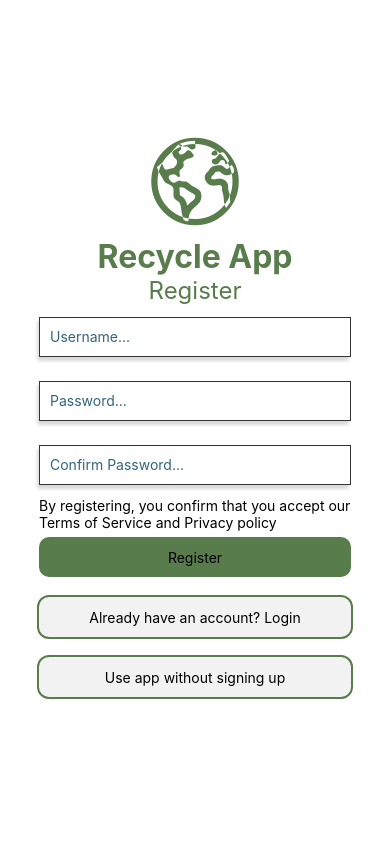
Repository: ct-pham/COMP4511
Screen: / (app in comp4511/)
These files come from the project's save history. The screen is drawn as it stood at one moment and after the next save; the edit follows.
The app was drawn by React Native's web renderer in a window 390 px wide. The project was rebuilt for these pictures with package versions that can differ from the ones it lists, and the page was loaded fresh each time.

Above is the screen before, as saved 2022-11-07 17:03:20.

After the next save:
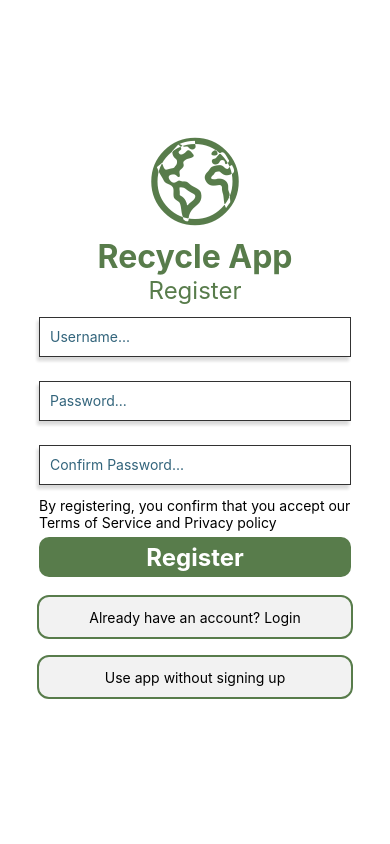
Saved 30 s later.
--- a/comp4511/Components/Register.js
+++ b/comp4511/Components/Register.js
@@ -50,7 +50,7 @@ export default function Login( {navigation}) {
             </View>
 
             <TouchableOpacity style = {styles.btnStyle}>
-                <Text style={styles.loginBtn}>Register</Text>
+                <Text style={styles.registerBtn}>Register</Text>
             </TouchableOpacity>
 
             <TouchableOpacity
@@ -131,4 +131,9 @@ const styles = StyleSheet.create({
         height: 40,
         alignItems: 'center',
     },
+    registerBtn: {
+        color: '#ffffff',
+        fontSize: 24,
+        fontWeight: 'bold',
+    },
 });
